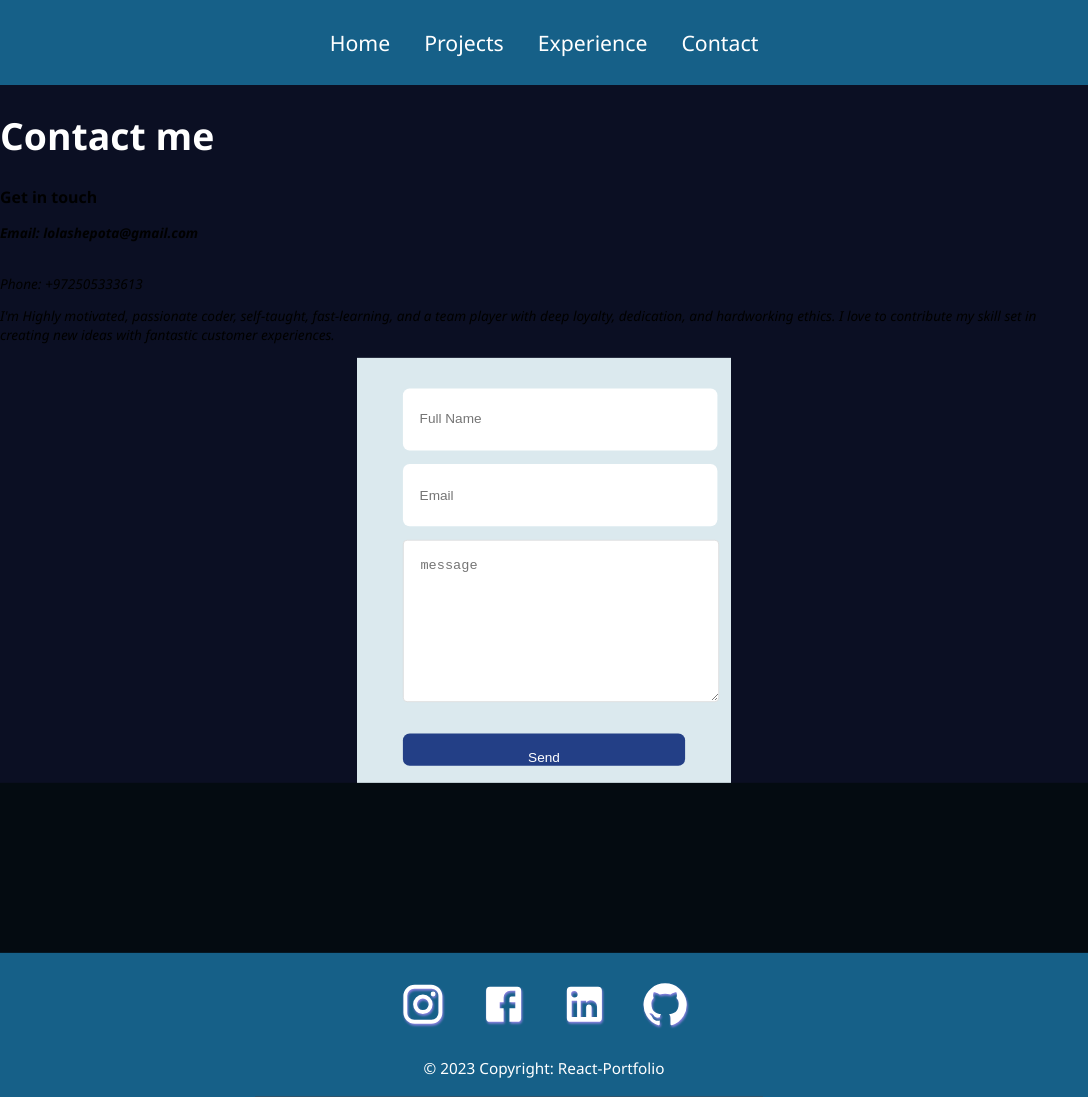
Repository: LolaSL/react-portfolio
Page: /contact
The author's editor kept a copy of each file at every save. The page is drawn from the files as they stood at one save, then again after the next save.
The browser window is 1280 px wide. The pictures show the whole page, at 85% of full size.
The project was rebuilt for these pictures with package versions that can differ from the ones it lists, and the page was loaded fresh each time. Some packages were replaced by stand-ins written for this rebuild. Also part of the build but not shown: src/pages/Home/Style.css, src/pages/Home/Home.jsx, src/components/ProjectItem/Style.css, src/components/ProjectItem/ProjectItem.jsx, src/helpers/ProjectList.js, src/pages/Projects/Style.css, src/pages/Projects/Projects.jsx, src/pages/Experience/Style.css and 2 more.

Above is the page before, as saved 2023-09-27 18:00:02.

After the next save:
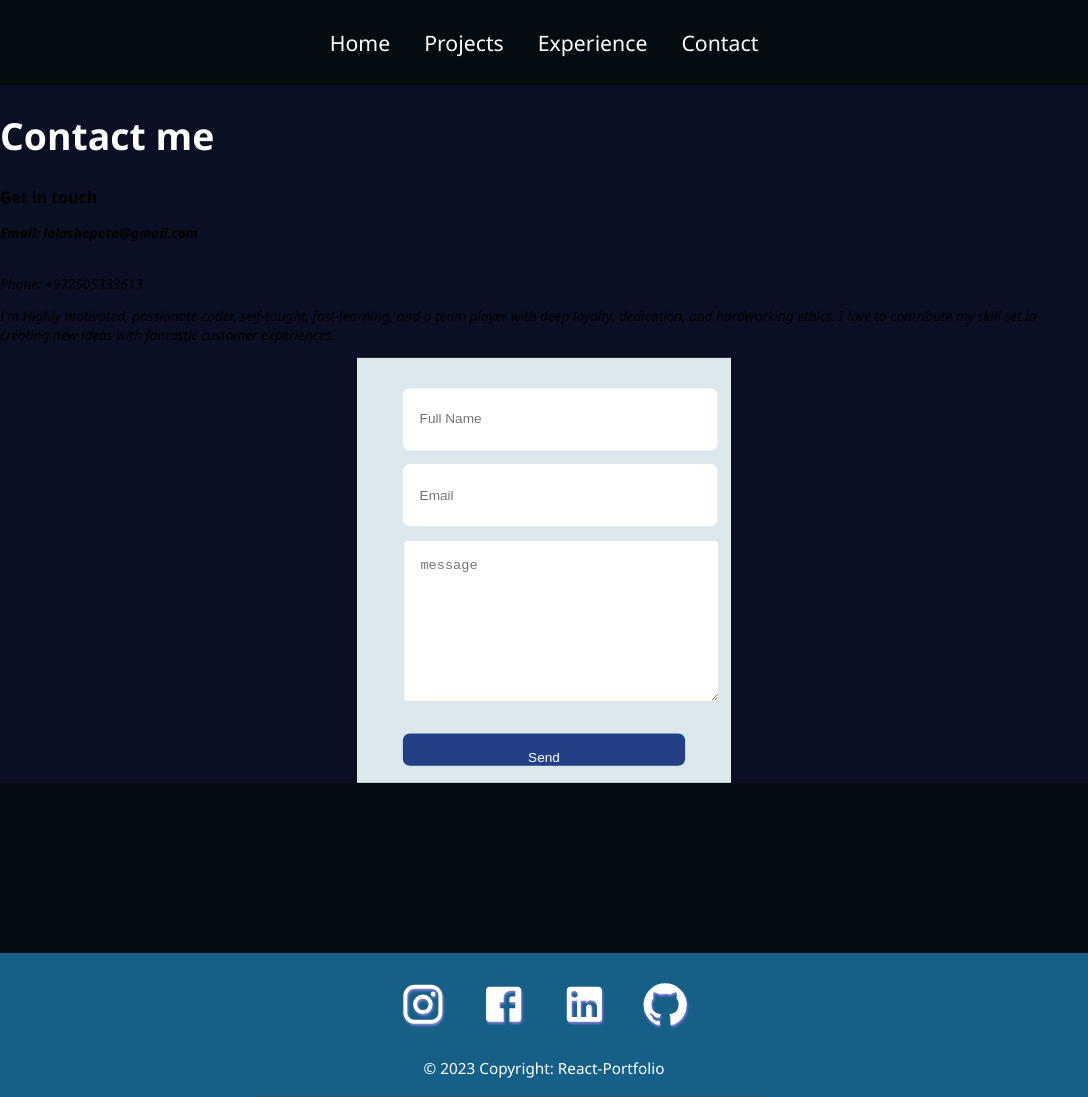
Saved 85 s later.
--- a/src/components/Navbar/Style.css
+++ b/src/components/Navbar/Style.css
@@ -1,7 +1,7 @@
 .navbar {
   width: 100%;
   height: 100px;
-  background: #166088;
+  background: ;
 }
 
 .links {
